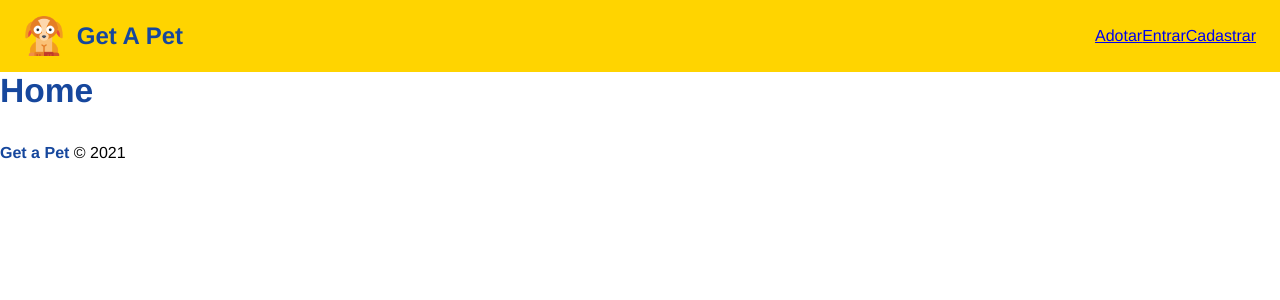
Repository: daviresende03/Get_a_Pet
Page: / (app in frontend/)
An editor plug-in stored every save of this project. The page is shown before and after the next save, followed by the edit.
The browser window is 1280 px wide. The pictures show the whole page.
The project was rebuilt for these pictures with package versions that can differ from the ones it lists, and the page was loaded fresh each time. Also part of the build but not shown: frontend/src/components/pages/Auth/Login.js, frontend/src/components/pages/Auth/Register.js.

Above is the page before, as saved 2023-02-17 23:22:10.

### frontend/src/index.css
* {
  padding: 0;
  margin: 0;
  font-family: Helvetica;
  box-sizing: border-box;
}

h1 {
  color: #16479d;
  margin-bottom: 1em;
  font-size: 2.1em;
}

.bold {
  font-weight: bold;
  color: #16479d;
}

### frontend/src/App.js
import { BrowserRouter as Router, Routes, Route,Navigate } from 'react-router-dom'

// components
import Navbar from './components/layout/Navbar';
import Footer from './components/layout/Footer';

// pages
import Home from './components/pages/Home';
import Login from './components/pages/Auth/Login'
import Register from './components/pages/Auth/Register'

function App() {
  return (
    <Router>
      <Navbar/>
      <Routes>
        <Route path="/login" exact element={<Login />} />
        <Route path="/register" exact element={<Register/>} />
        <Route path="/" exact element={<Home />} />
        {/*<Route path="/teste" exact element={<Navigate to="/testando"/>} />*/}
      </Routes>
      <Footer/>
  </Router>
  );
}

export default App;

### frontend/src/components/layout/Navbar.js
import { Link } from "react-router-dom"
import Logo from '../../assets/img/logo.png'

import styles from './Navbar.module.css'

function Navbar() {
    return (
        <nav className={styles.navbar}>
            <div className={styles.navbar_logo}>
                <img src={Logo} alt="Get A Pet" />
                <h2>Get A Pet</h2>
            </div>
            <ul>
                <li>
                    <Link to="/">Adotar</Link>
                </li>
                <li>
                    <Link to="/login">Entrar</Link>
                </li>
                <li>
                    <Link to="/register">Cadastrar</Link>
                </li>
            </ul>
        </nav>
    )
}

export default Navbar

### frontend/src/components/layout/Footer.js
function Footer() {
    return (
        <footer>
            <p><span className="bold">Get a Pet</span> &copy; 2021</p>
        </footer>
    )
}

export default Footer

### frontend/src/components/pages/Home.js
function Home() {
    return (
        <section>
            <h1>Home</h1>
        </section>
    )
}

export default Home

### frontend/src/components/layout/Navbar.module.css
.navbar {
    display: flex;
    justify-content: space-between;
    padding: 1em 1.5em;
    background-color: #FFD400;
    color: #16479D;
}

.navbar_logo {
    display: flex;
    align-items: center;
}

.navbar_logo img {
    width: 40px;
    margin-right: .8em;
}

.navbar ul {
    display: flex;
    align-items: center;
    list-style: none;
}

Loaded but not shown: frontend/src/index.js (common file)

After the next save:
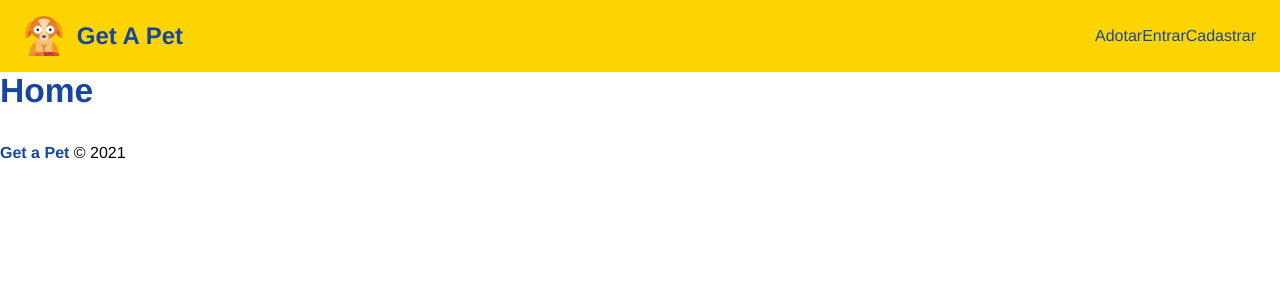
Saved 43 s later.
--- a/frontend/src/components/layout/Navbar.module.css
+++ b/frontend/src/components/layout/Navbar.module.css
@@ -21,3 +21,10 @@
     align-items: center;
     list-style: none;
 }
+
+.navbar li,
+.navbar a {
+    text-decoration: none;
+    color: #16479D;
+    cursos: pointer;
+}
